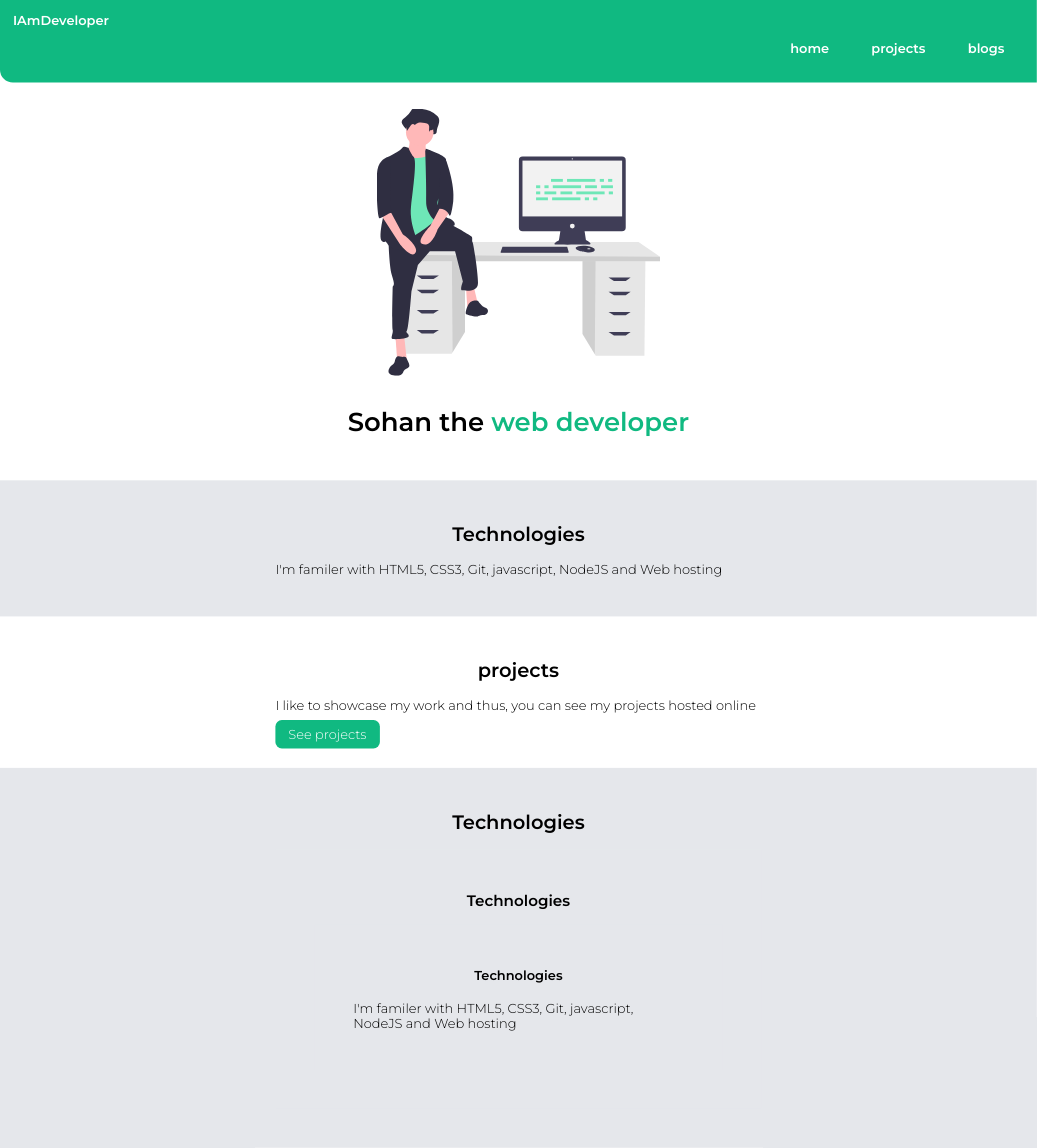
Repository: sohan2503001/Portfolio
Page: index.html
These files come from the project's save history. The page is drawn as it stood at one moment and after a run of saves; the edit follows.
The browser window is 1280 px wide. The pictures show the whole page, at 81% of full size.

Above is the page before, as saved 2021-03-27 19:03:14.

### index.html
<!DOCTYPE html>
<html lang="en">
<head>
    <meta charset="UTF-8">
    <meta name="viewport" content="width=device-width, initial-scale=1.0">
    <title>home | </title>
    <link rel="stylesheet" href="style.css">
</head>
<body>

    <nav class="navigation container">
        <div class="nav-brand">IAmDeveloper</div>
        <ul class="list-non-bullet nav-pills">
            <li class="list-item-inline">
                <a class="link link-active" href="">home</a>
            </li>
            <li class="list-item-inline">
                <a class="link link-active" href="">projects</a>
            </li>
            <li class="list-item-inline">
                <a class="link link-active" href="">blogs</a>
            </li>
        </ul>
    </nav>

    <header class="hero">
        <img class="hero-img" src="images/hero.svg" alt="" />
        <h1 class="hero-heading">Sohan the <span class="heading-inverted"> web developer</span></h1>
    </header>

    <section class="section ow">
        <div class="container container-center">
            <h1>Technologies</h1>
            <p>I'm familer with HTML5, CSS3, Git, javascript, NodeJS and Web hosting</p>
        </div>
    </section>

    <section class="section">
        <div class="container container-center">
            <h1>projects</h1>
            <p>I like to showcase my work and thus, you can see my projects hosted online</p>
            <a class="link link-primary" href="/">See projects</a>
        </div>
    </section>

    <section class="section ow">
        <div class="container container-center">
            <h1>Technologies</h1>
            <p><section class="section ow">
                <div class="container container-center">
                    <h1>Technologies</h1>
                    <p><section class="section ow">
                        <div class="container container-center">
                            <h1>Technologies</h1>
                            <p>I'm familer with HTML5, CSS3, Git, javascript, NodeJS and Web hosting</p>
                        </div>
                    </section></p>
                </div>
            </section></p>
        </div>
    </section>

</body>
</html>

### style.css
@import url('https://fonts.googleapis.com/css2?family=Montserrat:wght@300;600&display=swap');

:root{
    --primary-color: #10B981;
    --dark-gray: #4B5563;
    --off-white:#E5E7EB;
}

body {
    font-family: 'Montserrat', sans-serif;
    margin: 0px;
}

hr{
    margin: 2rem 0rem;
}

/** container **/
.container{
    padding: 0rem 1rem;
}

.container-center{
    max-width: 600px;
    margin: auto;
}

/** links **/
.link{
    text-decoration: none;
    padding: 0.5rem 1rem;
}

.link-primary{
    background-color: var(--primary-color);
    border-radius: 0.5rem;
    color:white;
}

.link-secondary{
    color: var(--primary-color);
    border-radius: 0.5rem;
    border: 1px solid var(--primary-color);
}

/** lists **/

.list-non-bullet{
    list-style: none;
}

.list-item-inline{
    display: inline;
    padding: 0rem 0.5rem;
}

/** navigation **/

.navigation{
    background-color: var(--primary-color);
    color: white;
    padding: 1rem;
    border-bottom-left-radius: 1rem;
}

.navigation .nav-brand{
    font-weight: bold;
}

.navigation .nav-pills{
    text-align: right;
}

.navigation .link{
    color: white;
}

.navigation .link-active{
    font-weight: bold;
}

/**header **/

.hero{
    padding: 2rem;
}

.hero .hero-img{
    max-width: 350px;
    display: block;
    margin: auto;
}

.hero .hero-heading{
    padding-top: 1rem;
    color: var(--dark-red);
    text-align: center;
}

.hero .hero-heading .heading-inverted{
    color: var(--primary-color)
}

/** section **/
.section{
    padding: 2rem;
}

.section h1{
    text-align: center;
}

.ow {
    background-color: var(--off-white);
}

/**footer **/

.footer{
    background-color: var(--primary-color);
    padding: 2rem 1rem;
    text-align: center;
    color: white;
    border-top-right-radius: 1rem;
}

.footer .link{
    color: white;
}

.footer ul{
    padding-inline-start: 0px;
}

After the next 2 saves:
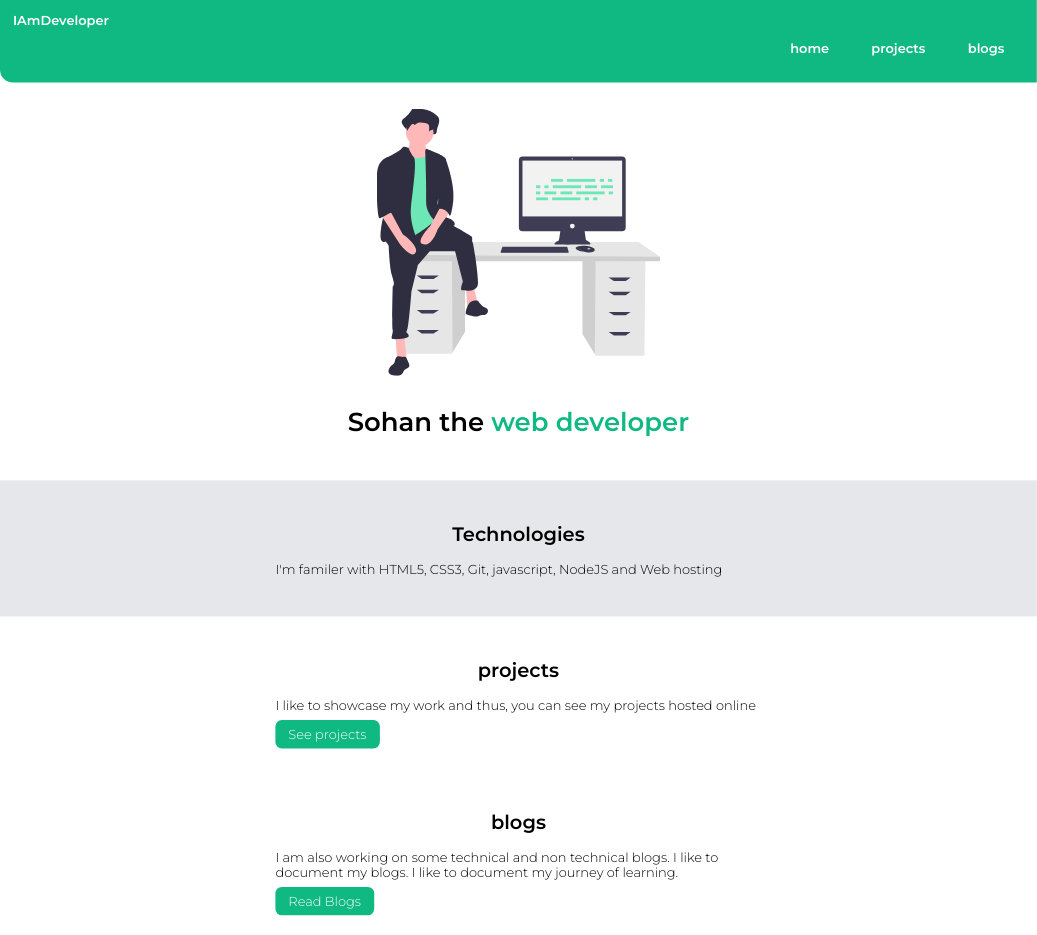
The 2 saves are shown as one change because they came seconds apart.
The last was saved 8 s later.
--- a/index.html
+++ b/index.html
@@ -43,20 +43,13 @@
         </div>
     </section>
 
-    <section class="section ow">
+    <section class="section">
         <div class="container container-center">
-            <h1>Technologies</h1>
-            <p><section class="section ow">
-                <div class="container container-center">
-                    <h1>Technologies</h1>
-                    <p><section class="section ow">
-                        <div class="container container-center">
-                            <h1>Technologies</h1>
-                            <p>I'm familer with HTML5, CSS3, Git, javascript, NodeJS and Web hosting</p>
-                        </div>
-                    </section></p>
-                </div>
-            </section></p>
+            <h1>blogs</h1>
+            <p>I am also working on some technical and non technical blogs.
+                I like to document my blogs. I like to document
+                my journey of learning.</p>
+            <a class="link link-primary" href="/">Read Blogs</a>
         </div>
     </section>
 
